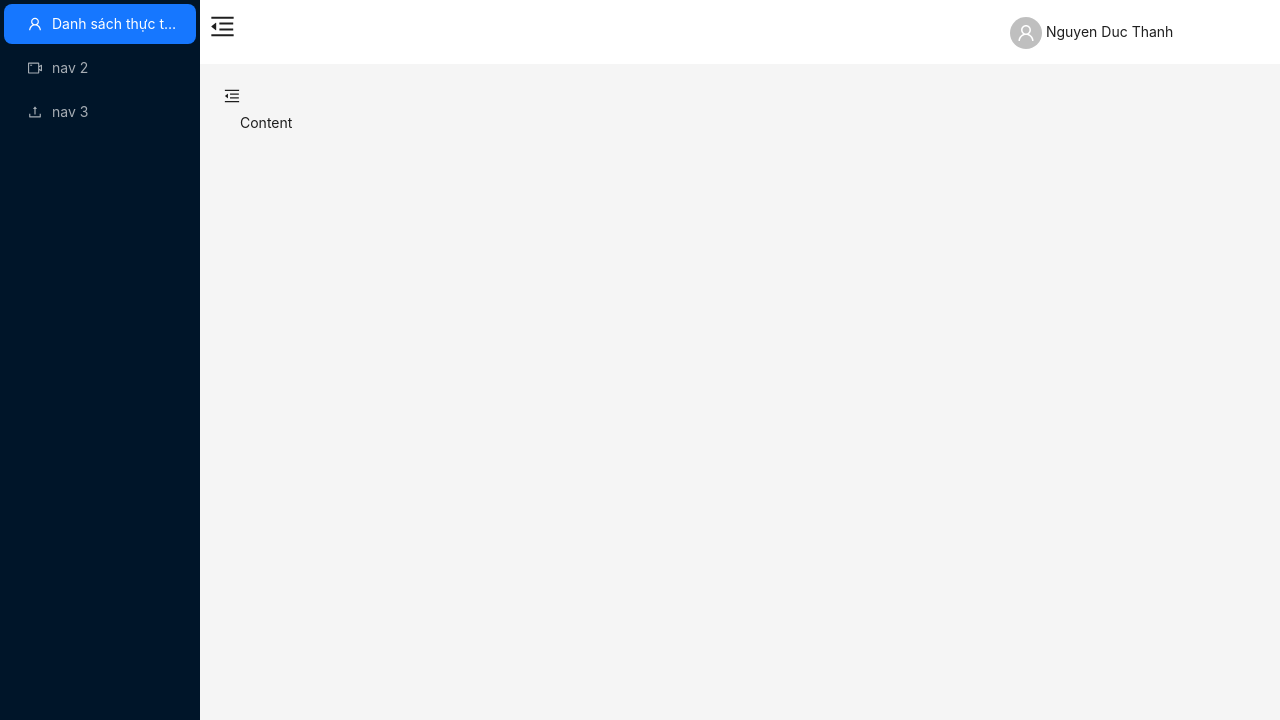
Repository: Ducbii4202/Inter-Management
Page: / (app in managament-system/)
The author's editor kept a copy of each file at every save. The page is drawn from the files as they stood at one save, then again after the next save.
The browser window is 1280 px wide. The pictures show the whole page.
The project was rebuilt for these pictures with package versions that can differ from the ones it lists, and the page was loaded fresh each time. Also part of the build but not shown: managament-system/vite.config.js.

Above is the page before, as saved 2023-12-26 01:34:29.

### managament-system/src/App.jsx
// import React from 'react';
// import React from 'react';
import DashboardPage from "./component/DashboardPage";

const App = () => {
  return (
    <div>
      <DashboardPage></DashboardPage>
    </div>
  );
};

export default App;

### managament-system/src/component/DashboardPage.jsx
// import React from "react";
import React, { useState } from "react";
import "./DashboardPage.css";
import {
  MenuFoldOutlined,
  MenuUnfoldOutlined,
  UploadOutlined,
  UserOutlined,
  VideoCameraOutlined,
} from "@ant-design/icons";
import { Layout, Menu, Button, Row, Col, Avatar } from "antd";
const { Header, Sider, Content } = Layout;

function DashboardPage() {
  const [collapsed, setCollapsed] = useState(false);
  return (
    <div>
      <Layout>
        <Sider trigger={null} collapsible collapsed={collapsed}>
          <div className="demo-logo-vertical" />
          <Menu
            theme="dark"
            mode="inline"
            defaultSelectedKeys={["1"]}
            items={[
              {
                key: "1",
                icon: <UserOutlined />,
                label: "Danh sách thực tập sinh",
              },
              {
                key: "2",
                icon: <VideoCameraOutlined />,
                label: "nav 2",
              },
              {
                key: "3",
                icon: <UploadOutlined />,
                label: "nav 3",
              },
            ]}
          />
        </Sider>
        <Layout className="site-layout">
          <Header className="site-layout-backgound">
            <Row>
              <Col md={18}>
                {React.createElement(
                  collapsed ? MenuUnfoldOutlined : MenuFoldOutlined,
                  {
                    className: "trigger",
                    onClick: () => setCollapsed(!collapsed),
                  }
                )}
              </Col>
              <Col md={6}>
                <div>
                  <Avatar size="default" icon={<UserOutlined />}></Avatar>{" "}
                  Nguyen Duc Thanh
                </div>
              </Col>
            </Row>
            <Button
              type="text"
              icon={collapsed ? <MenuUnfoldOutlined /> : <MenuFoldOutlined />}
              onClick={() => setCollapsed(!collapsed)}
              style={{
                fontSize: "16px",
                width: 64,
                height: 64,
              }}
            />
          </Header>
          <Content
            style={{
              margin: "24px 16px",
              padding: 24,
              minHeight: 280,
              //   background: colorBgContainer,
              //   borderRadius: borderRadiusLG,
            }}
          >
            Content
          </Content>
        </Layout>
      </Layout>
    </div>
  );
}

export default DashboardPage;

### managament-system/src/component/DashboardPage.css
.site-layout-backgound {
  background-color: #fff !important;
  padding: 0;
}
.ant-layout {
  min-height: 100vh;
}
.ant-layout-header span.trigger svg {
  width: 25px !important;
  height: 25px !important;
  margin: 10px !important;
}

Loaded but not shown: managament-system/index.html (common file); managament-system/src/main.jsx (common file); managament-system/src/index.css (common file); managament-system/tailwind.config.js (common file)

After the next save:
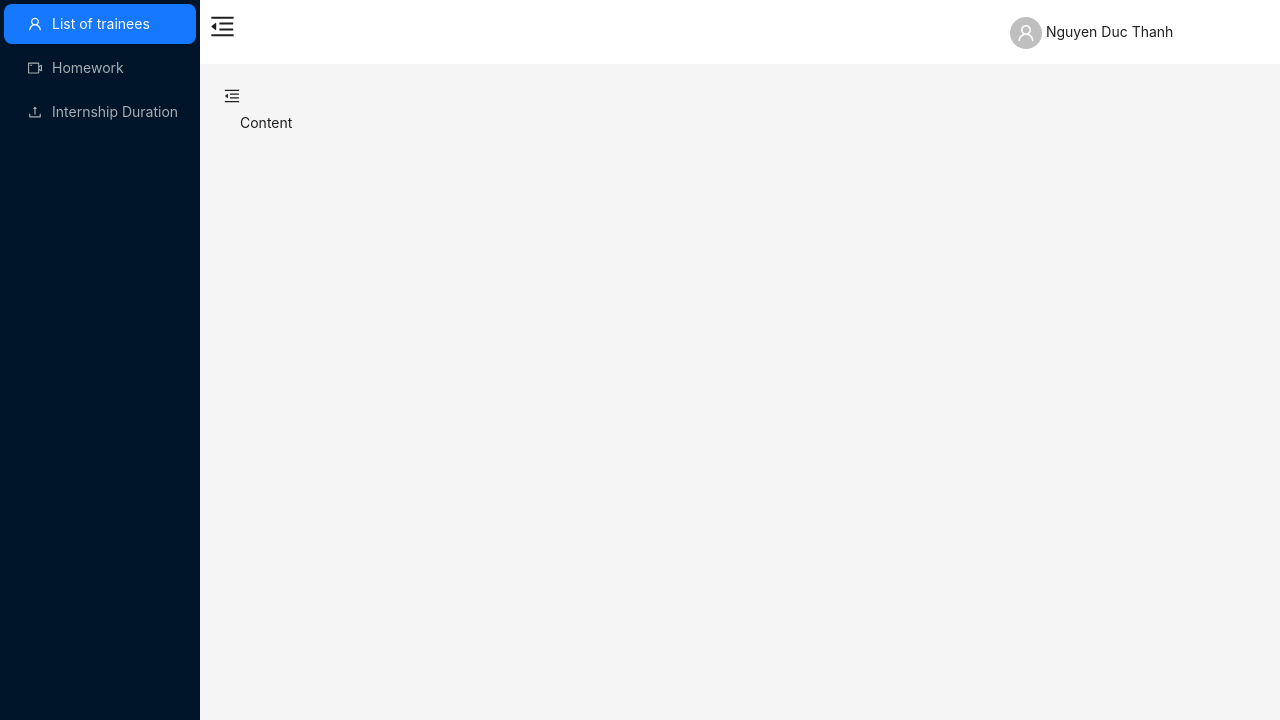
Saved 118 s later.
--- a/managament-system/src/component/DashboardPage.jsx
+++ b/managament-system/src/component/DashboardPage.jsx
@@ -26,17 +26,17 @@ function DashboardPage() {
               {
                 key: "1",
                 icon: <UserOutlined />,
-                label: "Danh sách thực tập sinh",
+                label: "List of trainees",
               },
               {
                 key: "2",
                 icon: <VideoCameraOutlined />,
-                label: "nav 2",
+                label: "Homework",
               },
               {
                 key: "3",
                 icon: <UploadOutlined />,
-                label: "nav 3",
+                label: "Internship Duration",
               },
             ]}
           />
